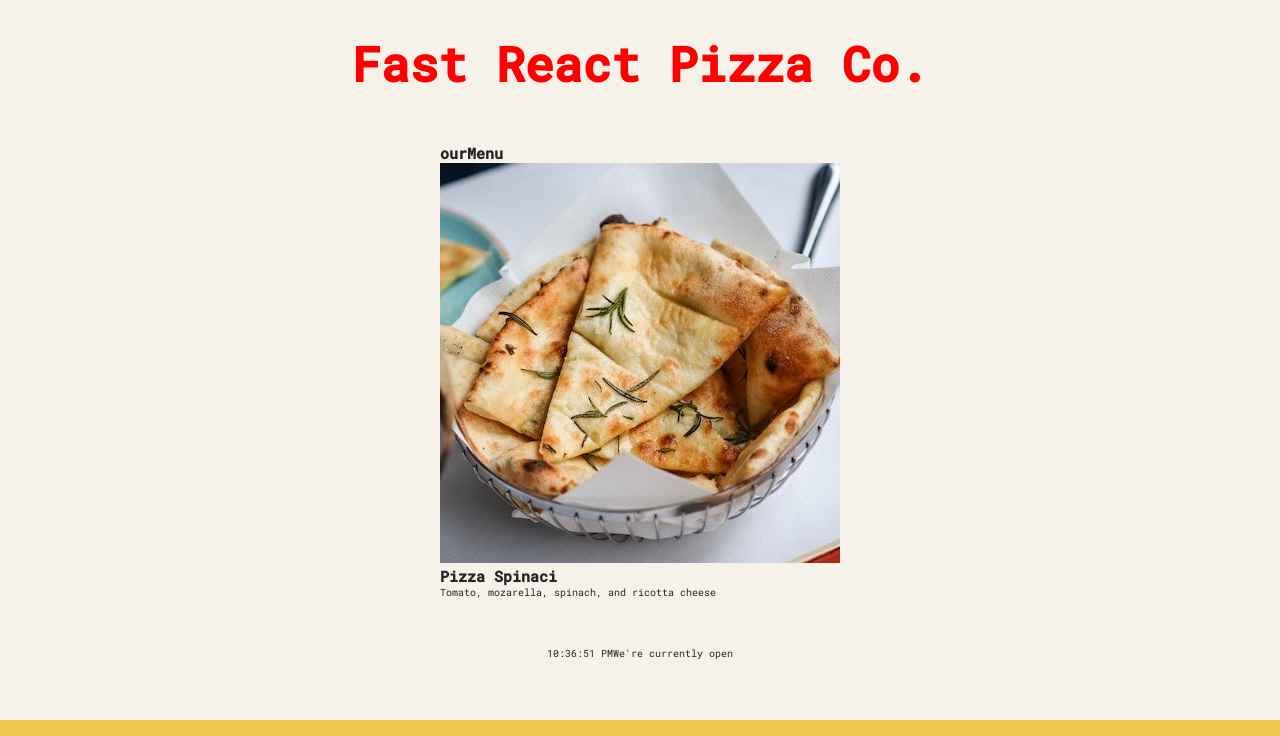
Repository: DhaWork/1-react-dasar-udemy-25
Page: /
An editor plug-in stored every save of this project. The page is shown before and after a run of saves, followed by the edit.
The browser window is 1280 px wide. The pictures show the whole page.
The project was rebuilt for these pictures with package versions that can differ from the ones it lists, and the page was loaded fresh each time.

Above is the page before, as saved 2025-04-02 11:48:52.

After the next 2 saves:
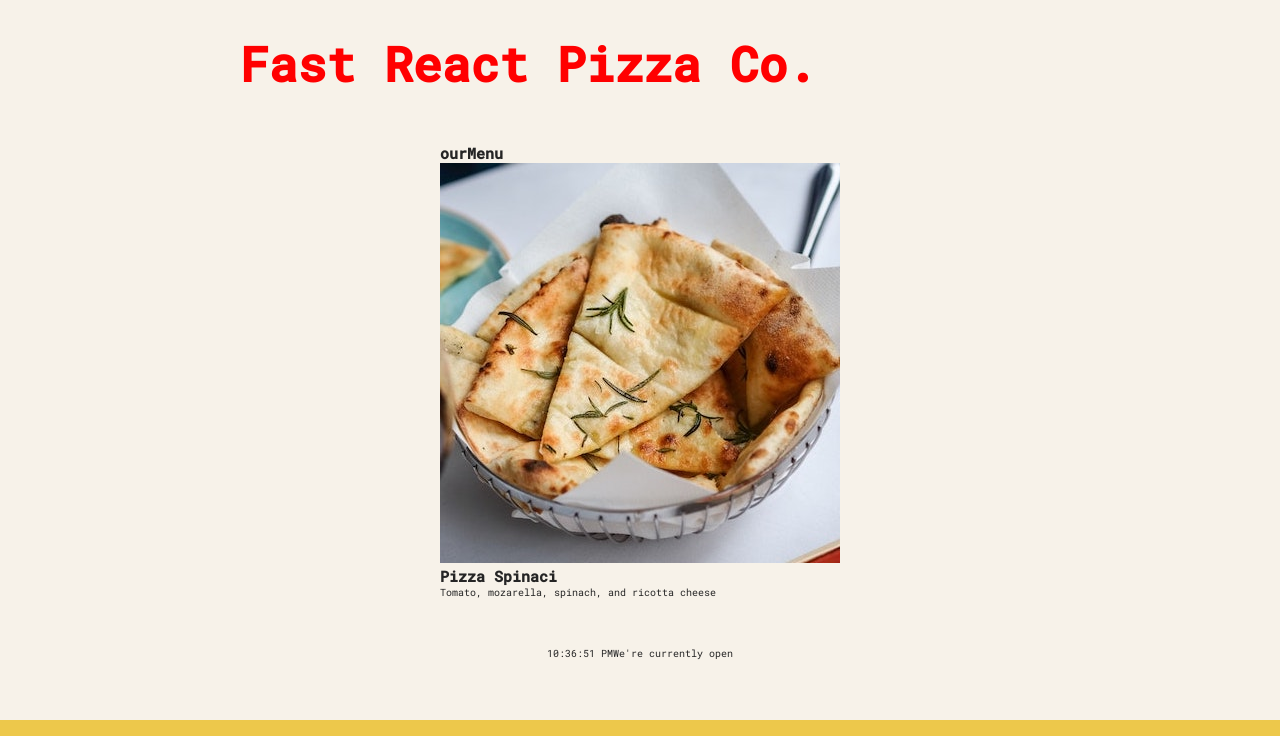
The 2 saves are shown as one change because they came seconds apart.
The last was saved 23 s later.
--- a/src/index.js
+++ b/src/index.js
@@ -62,7 +62,7 @@ function Header() {
 
   return (
     // <header className="header">
-      <h1 style={style}>Fast React Pizza Co.</h1>
+      <h1 style={style} className="header">Fast React Pizza Co.</h1>
     // </header>
   );
 }
